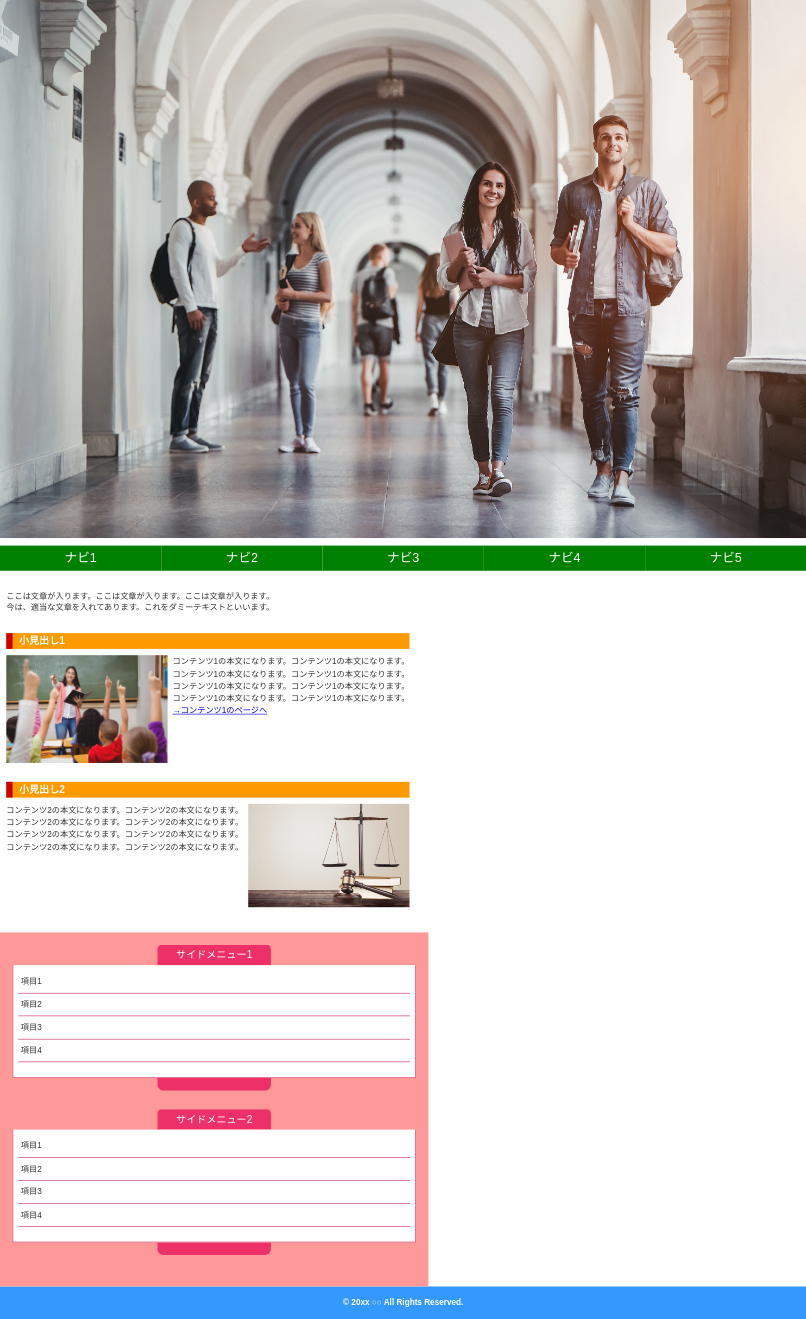
Repository: Yuuki-JP/samurai_HTML-CSS
Page: home.html
The author's editor kept a record of every edit. The page is drawn from the files as they stood at one moment, then again after the next edit.
The browser window is 1280 px wide. The pictures show the whole page, at 63% of full size.

Above is the page before.

### home.html
<!DOCTYPE html>
<html lang="ja">
    <head>
        <meta charset="UTF-8">
        <title>HTML/CSSの学習</title>
        <link rel="stylesheet" href="stylesheet.css">
    </head>
    <body>
        <div id="header">
            <h1><a href="index.html"><img id="corridor" src="images/corridor.jpg" alt="大学の廊下" /></a></h1>
        </div>
        <div id="wrapper">
            <div id="nav">
                <ul>
                    <li><a href="home.html">ナビ1</a></li>
                    <li><a href="#">ナビ2</a></li>
                    <li><a href="#">ナビ3</a></li>
                    <li><a href="#">ナビ4</a></li>
                    <li><a href="#">ナビ5</a></li>
                </ul>
            </div>
            <div id="container">
                <div id="main">
                    <div class="post">
                        <p>ここは文章が入ります。ここは文章が入ります。ここは文章が入ります。<br />今は、適当な文章を入れてあります。これをダミーテキストといいます。</p>
                    </div>
                    <div class="post clearfix">
                        <h2>小見出し1</h2>
                        <img class="left" src="images/classroom.jpg" alt="授業風景" />
                        <p>
                            コンテンツ1の本文になります。コンテンツ1の本文になります。コンテンツ1の本文になります。コンテンツ1の本文になります。
                            コンテンツ1の本文になります。コンテンツ1の本文になります。コンテンツ1の本文になります。コンテンツ1の本文になります。
                        </p>
                        <p><a href="#">→コンテンツ1のページへ</a></p>
                    </div>
                    <div class="post clearfix">
                        <h2>小見出し2</h2>
                        <img class="right" src="images/scale.jpg" alt="天秤" />
                        <p>
                            コンテンツ2の本文になります。コンテンツ2の本文になります。コンテンツ2の本文になります。コンテンツ2の本文になります。
                            コンテンツ2の本文になります。コンテンツ2の本文になります。コンテンツ2の本文になります。コンテンツ2の本文になります。
                        </p>
                    </div>
                </div>
                <div id="side">
                    <div class="box">
                        <h2>サイドメニュー1</h2>
                        <div class="boxBody">
                            <ul>
                                <li>項目1</li>
                                <li>項目2</li>
                                <li>項目3</li>
                                <li>項目4</li>
                            </ul>
                        </div>
                    </div>
                    <div class="box">
                        <h2>サイドメニュー2</h2>
                        <div class="boxBody">
                            <ul>
                                <li>項目1</li>
                                <li>項目2</li>
                                <li>項目3</li>
                                <li>項目4</li>
                            </ul>
                        </div>
                    </div>
                </div>
            <!-- </div> -->
        </div>
        <div id="footer">
            <p>&copy; 20xx ○○ All Rights Reserved.</p>
        </div>
    </body>
</html>

### stylesheet.css
@charset "utf-8";

body {
	margin: 0;
	padding: 0;
	font-family: "ヒラギノ角ゴ Pro W3", "Hiragino Kaku Gothic Pro", "メイリオ", Meiryo, Osaka, "ＭＳ Ｐゴシック", "MS PGothic", sans-serif;
	color: #333;
	font-size: 13px;
	line-height: 150%;
}

/* -------------------- wrapper -------------------- */
#wrapper {
    width: 100%;
    margin: auto;
    padding: 0px;
    border: 0px;
    background-color: #FFF;
    top: 10px;
    position: relative;
}

/* -------------------- header -------------------- */
#header {
	width: 100%;
}
#header h1 {
	margin: 0;
	padding: 0;
}

#corridor {
	width: 100%;
	height: auto;
}

/* -------------------- footer -------------------- */
#footer {
	clear: both;
	width: 100%;
	padding: 3px 0 3px 0;
	background: #39F;
	color: #FFF;
	font-weight: bold;
	text-align: center;
}

 /* -------------------- nav -------------------- */
 #nav {
	 width: 100%;
 }
 #nav ul {
  display: flex;
	 margin: 0;
	 padding: 0;
     list-style-type: none;
 }
 #nav ul li {

	 width: 20%;
	 text-align: center;
 }
 #nav ul li a {
	 display: block;
	 height: 20px;
	 margin: 0;
	 padding: 10px;
	 color: #FFF;
	 font-size: 20px;
	 text-decoration: none;
	 background-color: green;
 }

 #nav ul li a:hover {
  filter: drop-shadow(10px 10px 10px black);
 }

 /*----------------- container -------------------*/
 #container {
 	width: 100%;
 	margin: auto;
 	padding: auto;
 	padding-top: 20px;
 	clear: both;
 	display: grid;
 	grid-temprate-columns: 70vw 30vw;
 }

 /* -------------------- main -------------------- */
 #main {

 	width: 50%;
 	padding: 10px 30px 10px 10px;
 }

 #main h2 {
 	margin: 0 0 10px 0;
 	padding: 3px 10px 3px 10px;
 	color: #FFF;
 	font-size: 16px;
 	border-left: solid 10px #C00;
 	background: #F90; url(../images/main_h2.jpg) right top repeat-y;

 }
  #main p {
	 margin: 0;
	 padding: 0;
 }
 #main .post {
	 margin: 0 0 30px 0;
 }

 #main .post img.right {
	 margin: 0 0 0 8px;
 }
 #main .post img.left {
	 margin: 0 8px 0 0;
 }

 .right {
	 float: right;
	 width: 40%;
	 height: auto;
 }
 .left {
	 float: left;
	 width: 40%;
	 height: auto;
 }

 /* -------------------- clearfix -------------------- */
 .clearfix {
	 zoom: 1;
 }
 .clearfix:after{
	 content: "";
	 display: block;
	 clear: both;
 }


 /* -------------------- side -------------------- */
 #side {

 	 width: 50%;
 	 padding: 20px;
 	 background-color: #F99;
  }
 #side .box {
 	 margin: 0 auto 30px auto;
 	 padding: 0 0 20px 0;
 	 background: url(images/side_box.png) bottom no-repeat;
 }
 #side .box h2 {
 	 margin: 0;
 	 padding: 8px;
 	 text-align: center;
 	 color: #fff;
 	 font-size: 16px;
	 line-height: 16px;
 	 font-weight: normal;
 	 background: url(images/side_box_h2.png) center no-repeat;
 }
 #side .box .boxBody {
 	 padding: 8px;
 	 border-right: solid 1px #C36;
 	 border-bottom: solid 1px #C36;
 	 border-left: solid 1px #C36;
 	 background: #fff;
 }
 #side .box .boxBody ul {
 	 margin: 0 0 16px 0;
 	 padding: 0;
 }
 #side .box .boxBody ul li {
 	 padding: 8px 0 8px 4px;
 	 list-style: none;
 	 border-bottom: solid 1px #C36;
 }

 #side .box .boxBody ul li:hover {
  padding: 8px 0px 8px 4px;
  list-style: none;
  border-bottom: solid 1px #C36;
  box-shadow: 0px 4px 4px rgba(0, 0, 0, 0.3);
 }

After the next edit:
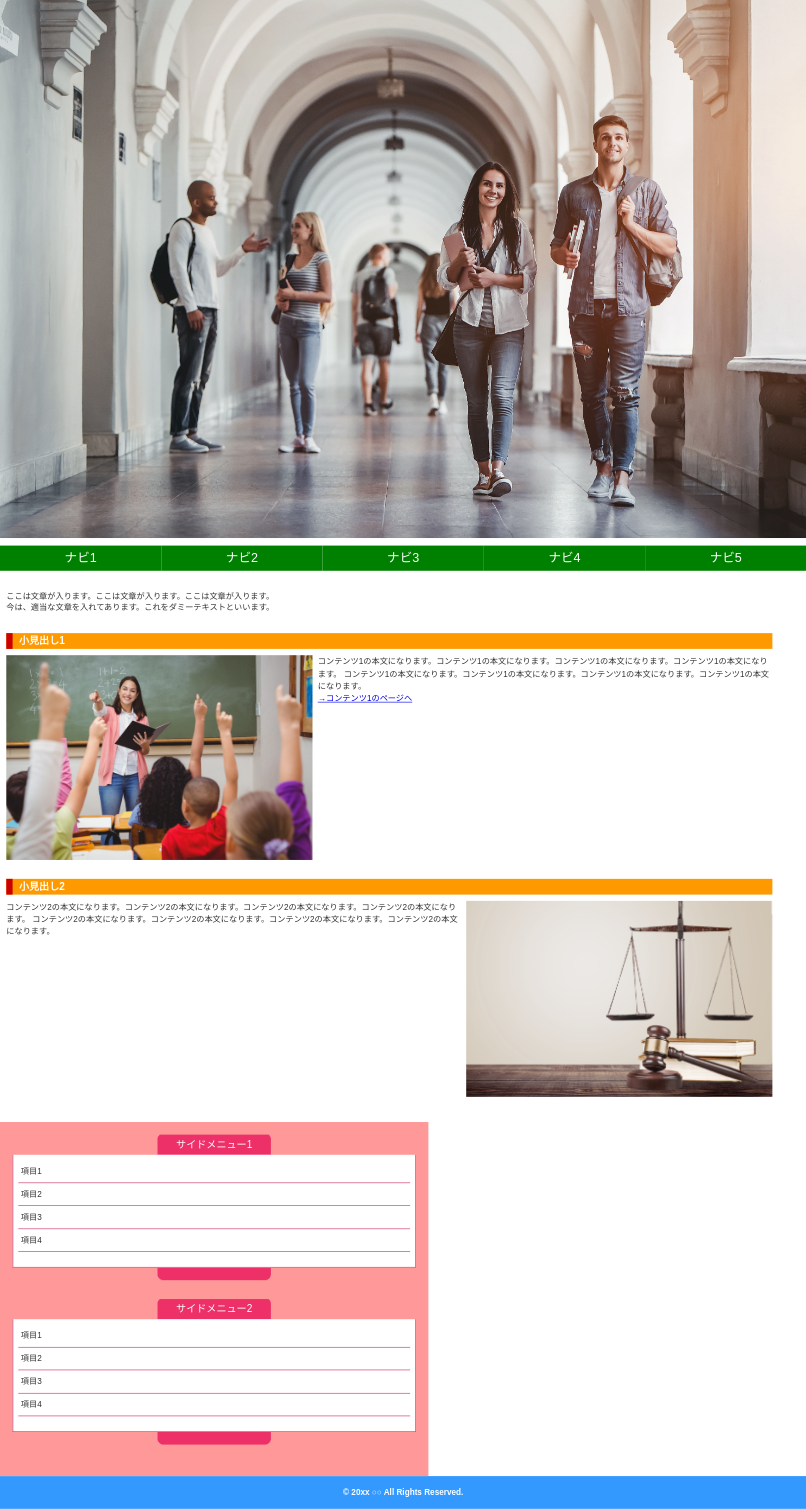
The edit:
--- a/stylesheet.css
+++ b/stylesheet.css
@@ -89,7 +89,7 @@
  /* -------------------- main -------------------- */
  #main {
 
- 	width: 50%;
+ 	width: 95%;
  	padding: 10px 30px 10px 10px;
  }
 
